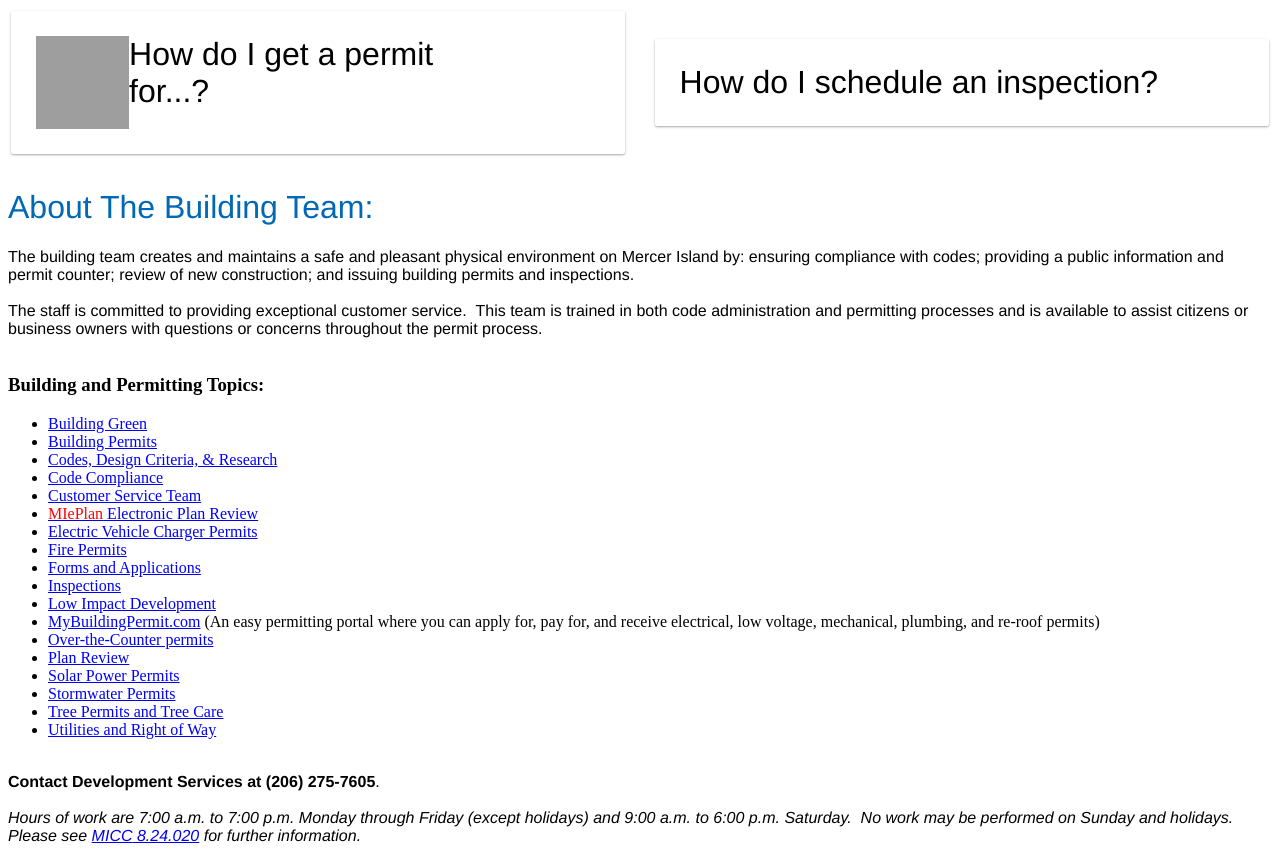
Repository: CharlieMisner/Mercer-Island-Website-Templates
Page: building-main-page/building-main-page.html
The author's editor kept a record of every edit. The page is drawn from the files as they stood at one moment, then again after the next edit.
The browser window is 1280 px wide. The pictures show the whole page.
Pictures or frames that could not be fetched are drawn as grey boxes.

Above is the page before.

After the next edit:
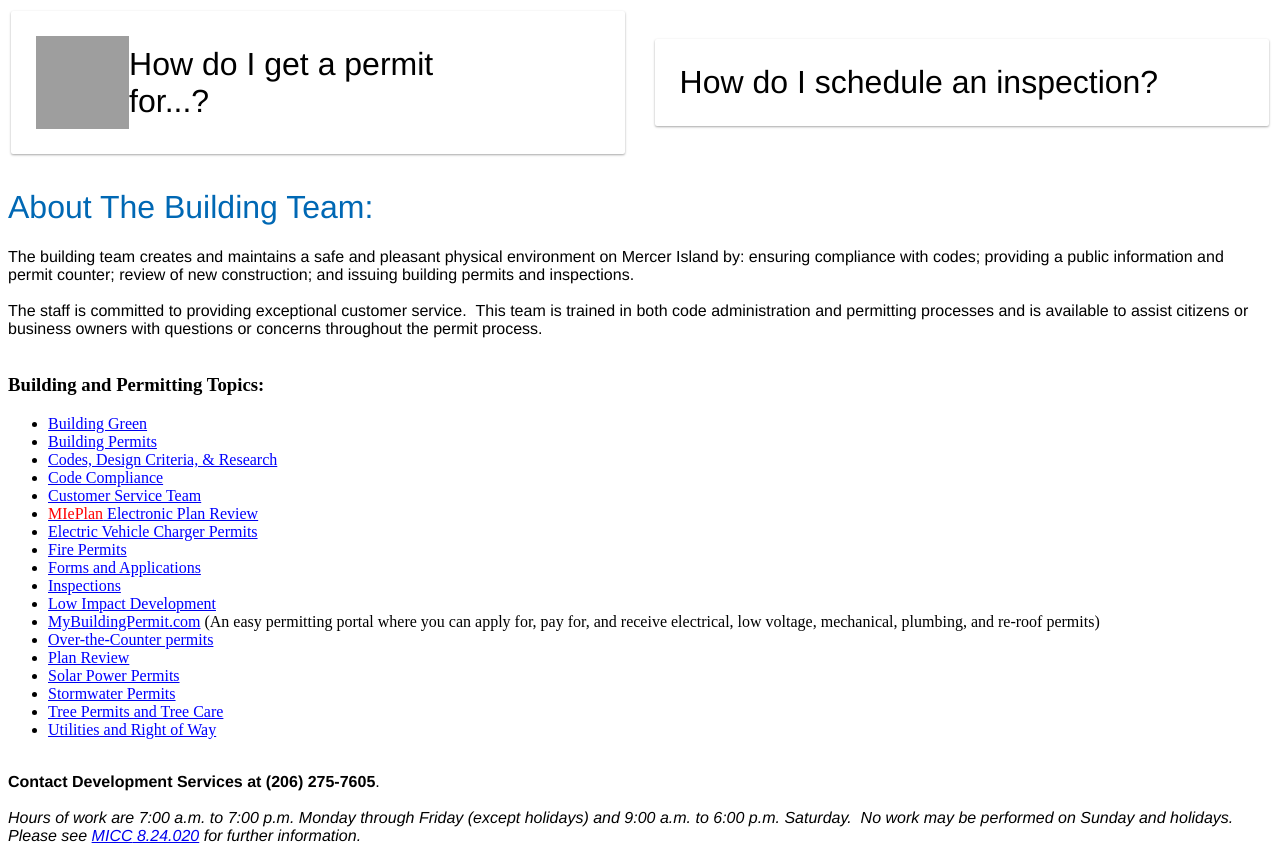
The edit:
--- a/building-main-page/building-main-page.html
+++ b/building-main-page/building-main-page.html
@@ -87,7 +87,7 @@
         display: flex;
         flex-direction: row;
         align-content: center;
-        -ms-flex-align: auto;
+        align-items: center;
         position: relative;
         box-shadow: 0 1px 3px rgba(0, 0, 0, 0.12), 0 1px 2px rgba(0, 0, 0, 0.24);
         transition: all 0.3s cubic-bezier(.25, .8, .25, 1);
